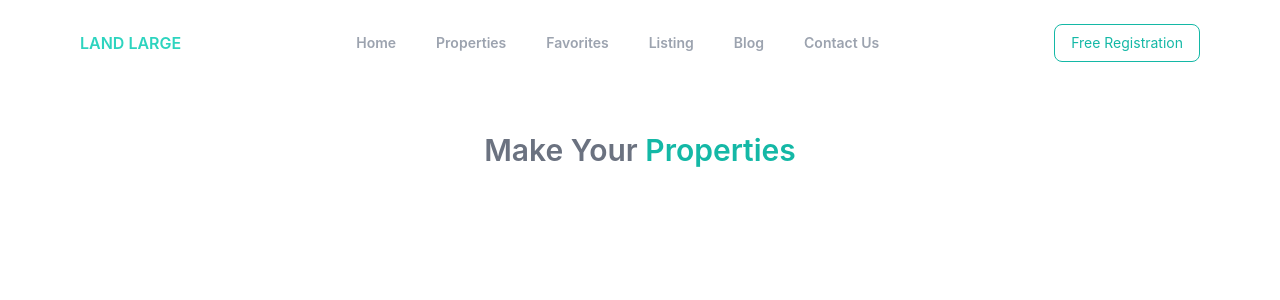
Repository: MuniruIssah/realestate
Page: /
An editor plug-in stored every save of this project. The page is shown before and after a run of saves, followed by the edit.
The browser window is 1280 px wide. The pictures show the whole page.
The project was rebuilt for these pictures with package versions that can differ from the ones it lists, and the page was loaded fresh each time. Also part of the build but not shown: src/App.css.

Above is the page before, as saved 2022-02-19 21:45:22.

After the next 2 saves:
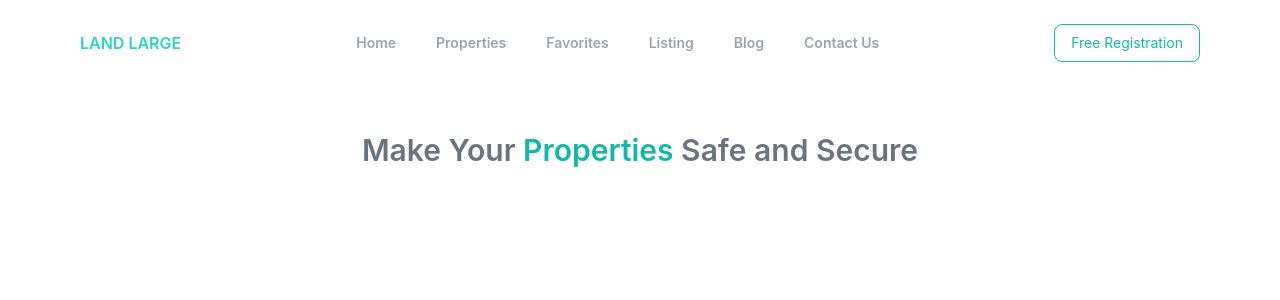
The 2 saves are shown as one change because they came seconds apart.
The last was saved 18 s later.
--- a/src/components/Jumbotron.js
+++ b/src/components/Jumbotron.js
@@ -1,13 +1,14 @@
-import React from 'react'
+import React from "react";
 
 const Jumbotron = () => {
   return (
     <div className="h-32 flex justify-center items-center space-y-3 w-full">
-        <span className="lg:text-3xl text-gray-500 font-semibold">
-            Make Your <span className='text-teal-500'>Properties</span>
-        </span>
+      <span className="lg:text-3xl text-gray-500 font-semibold">
+        Make Your <span className="text-teal-500">Properties</span> Safe and
+        Secure
+      </span>
     </div>
-  )
-}
+  );
+};
 
-export default Jumbotron
+export default Jumbotron;
